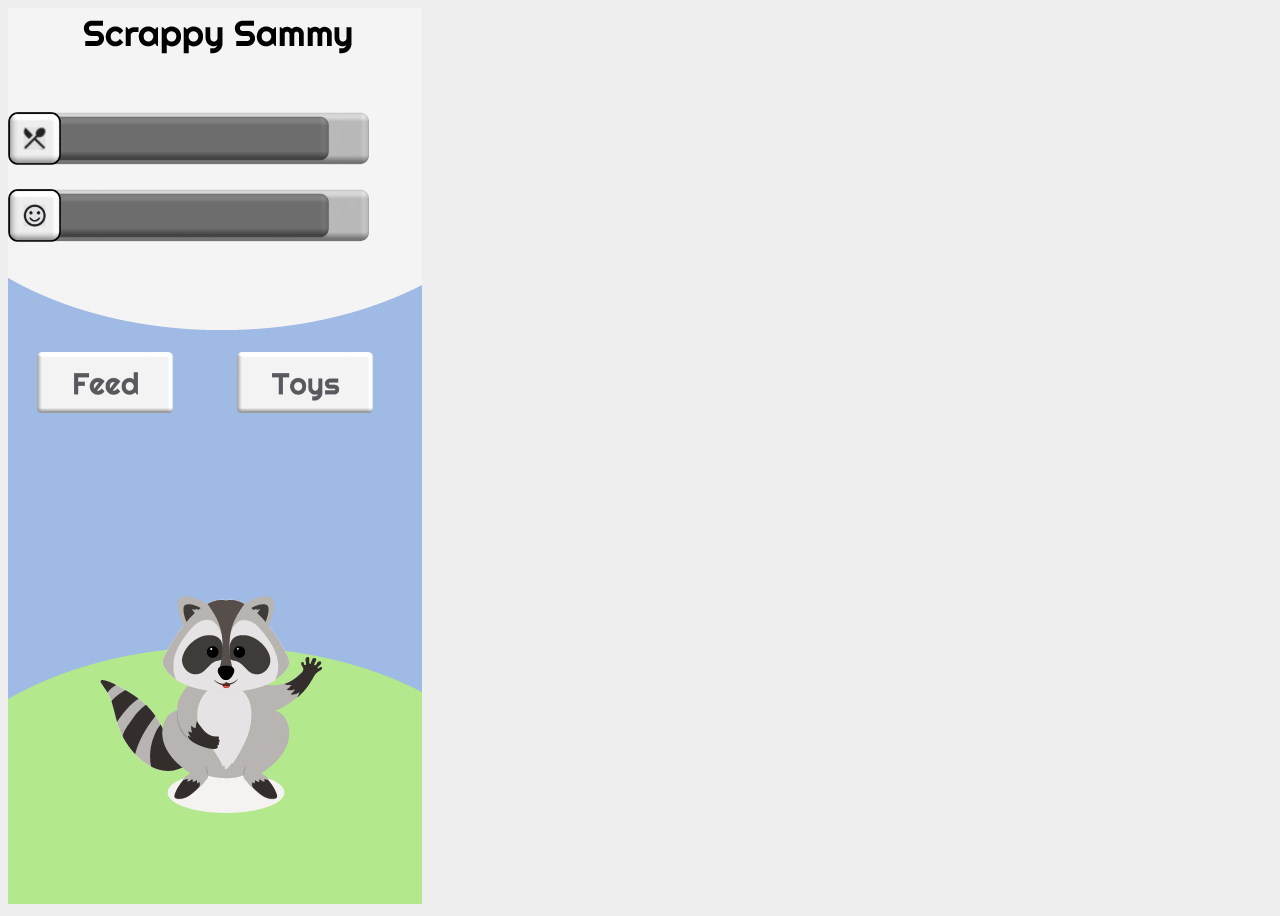
Repository: alemunden/Trash-Scavengers
Page: /Scrappy
An editor plug-in stored every save of this project. The page is shown before and after the next save, followed by the edit.
The browser window is 1280 px wide. The pictures show the whole page.
The project was rebuilt for these pictures with package versions that can differ from the ones it lists, and the page was loaded fresh each time. The framework's server and built-in components were replaced by stand-ins that run in the browser. Also part of the build but not shown: next.config.mjs, components/NavBar/NavBar.module.css, components/NavBar/index.js.

Above is the page before, as saved 2024-04-20 12:16:06.

After the next save:
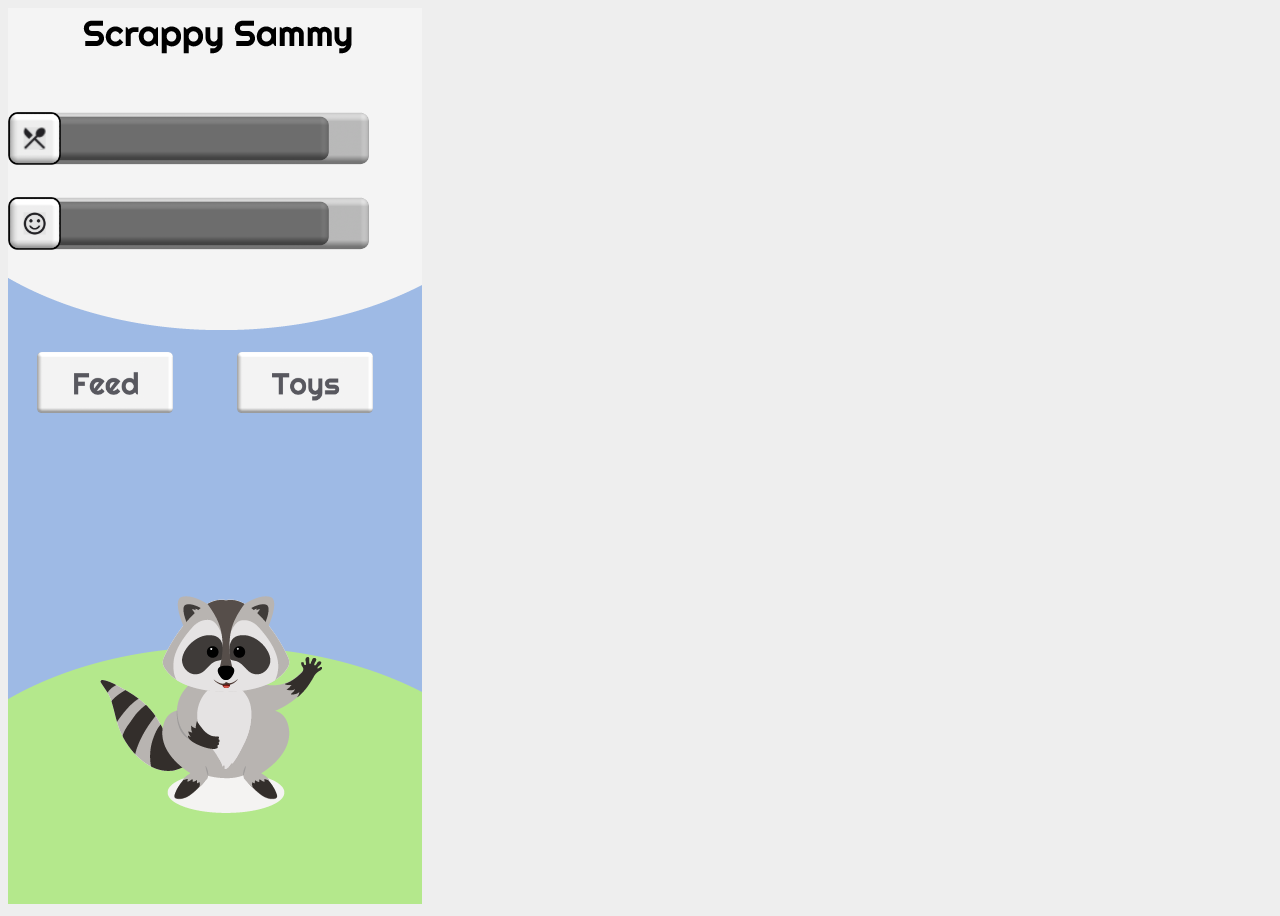
Saved 8 s later.
--- a/styles/Scrappy.module.css
+++ b/styles/Scrappy.module.css
@@ -9,7 +9,7 @@
 .statusBars {
     display: flex;
     flex-direction: column;
-    gap: 1.5rem;
+    gap: 2rem;
     position: absolute;
     top: 7rem;
 }

After the save that followed:
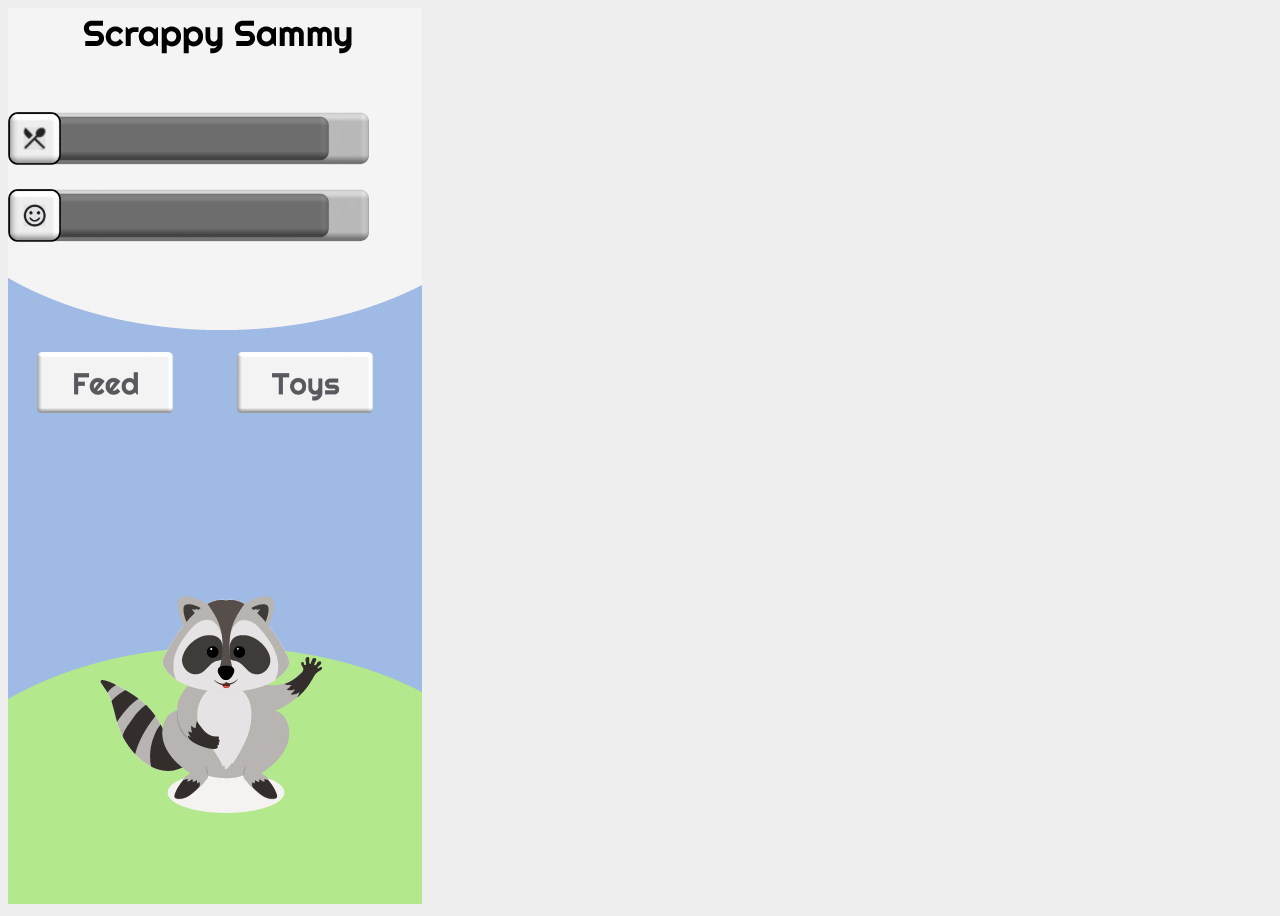
Saved 7 s later.
--- a/styles/Scrappy.module.css
+++ b/styles/Scrappy.module.css
@@ -9,7 +9,7 @@
 .statusBars {
     display: flex;
     flex-direction: column;
-    gap: 2rem;
+    gap: 1.5rem;
     position: absolute;
     top: 7rem;
 }
